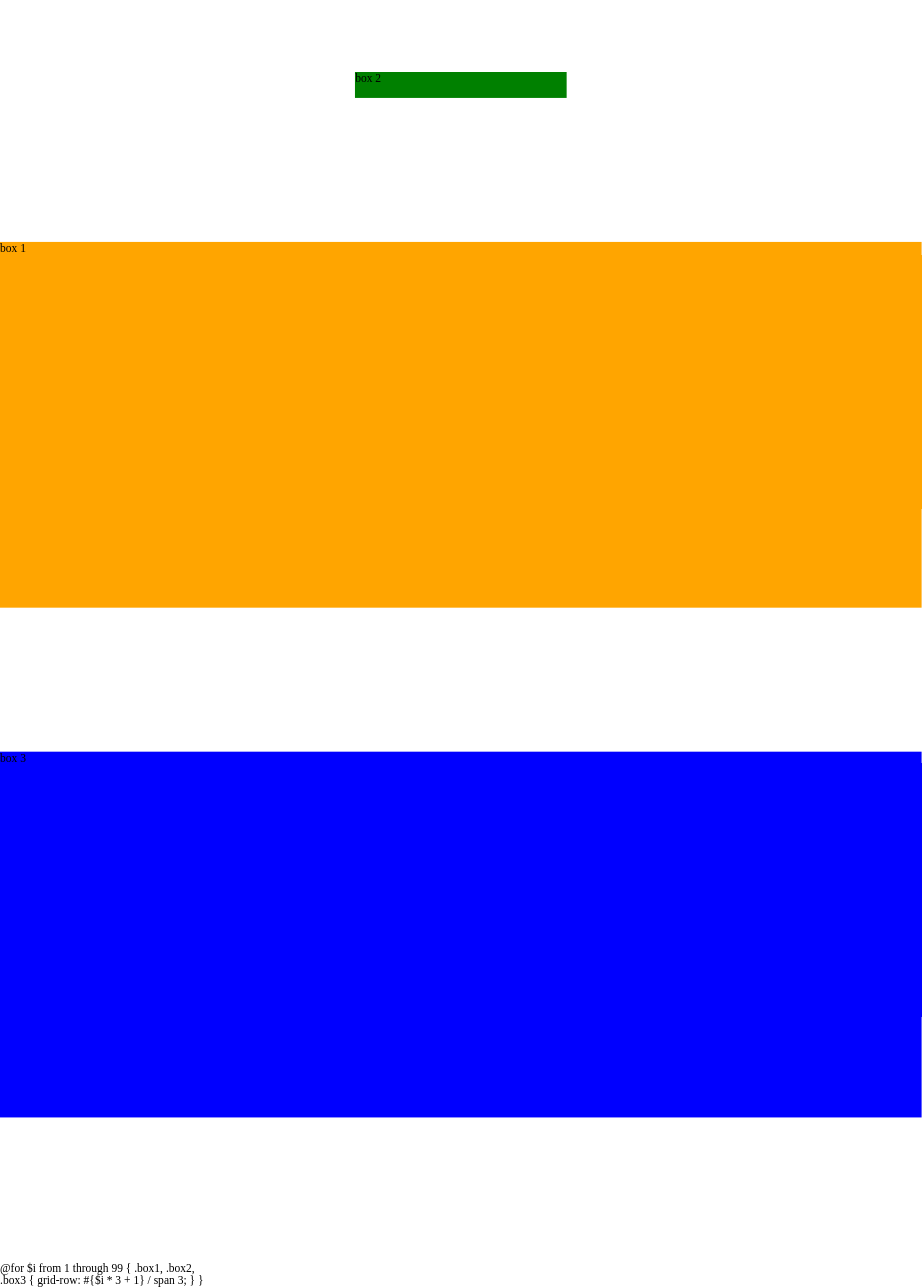
Repository: tianjiewang2022/tianjiewang2022.github.io
Page: index.html
The author's editor kept a copy of each file at every save. The page is drawn from the files as they stood at one save, then again after the next save.
The browser window is 1280 px wide. The pictures show the whole page, at 72% of full size.

Above is the page before, as saved 2023-10-01 21:47:52.

After the next save:
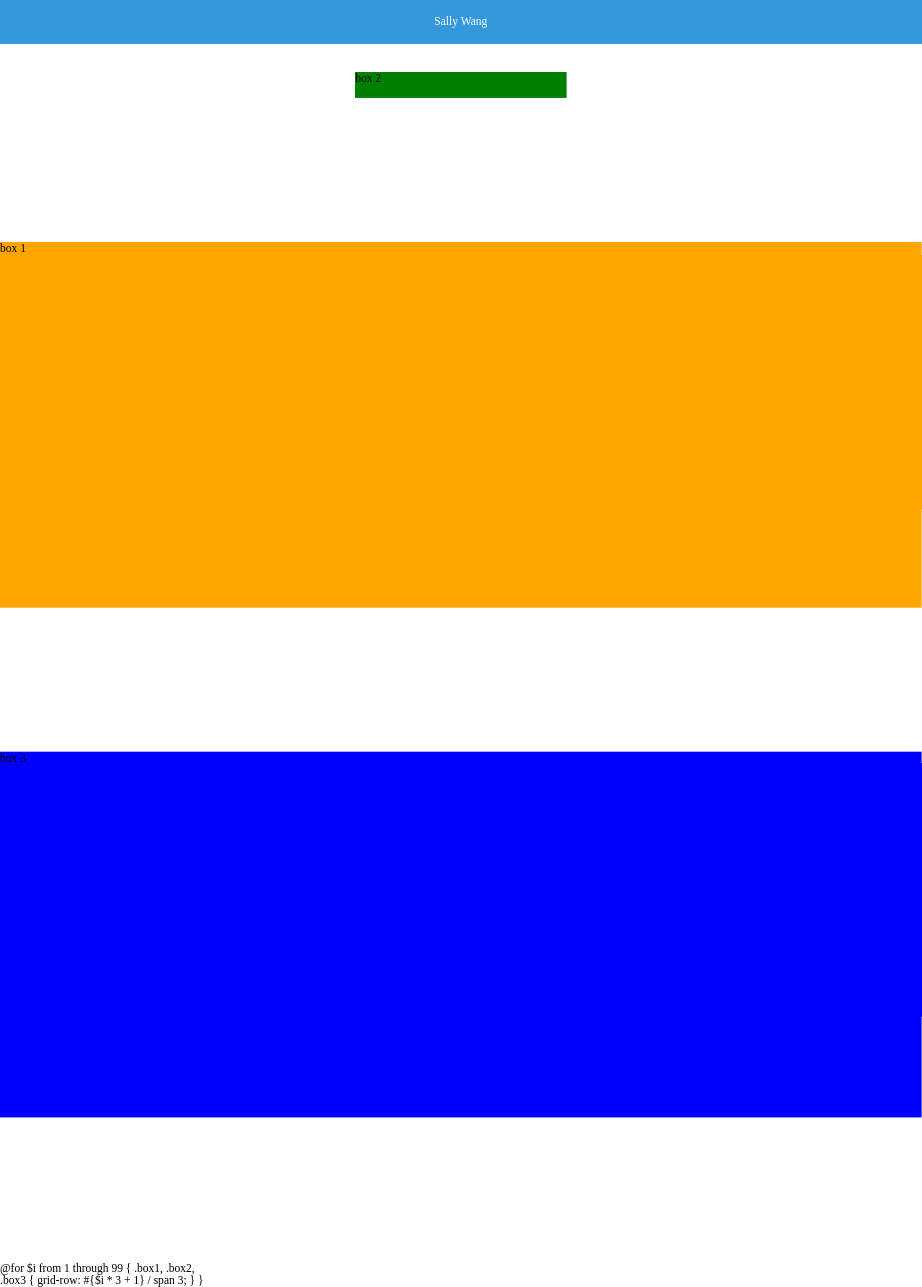
Saved 21 s later.
--- a/index.html
+++ b/index.html
@@ -77,6 +77,9 @@
     </head>
 
     <body>
+        <header>
+            Sally Wang
+        </header>
 
         <div class="container">
 
